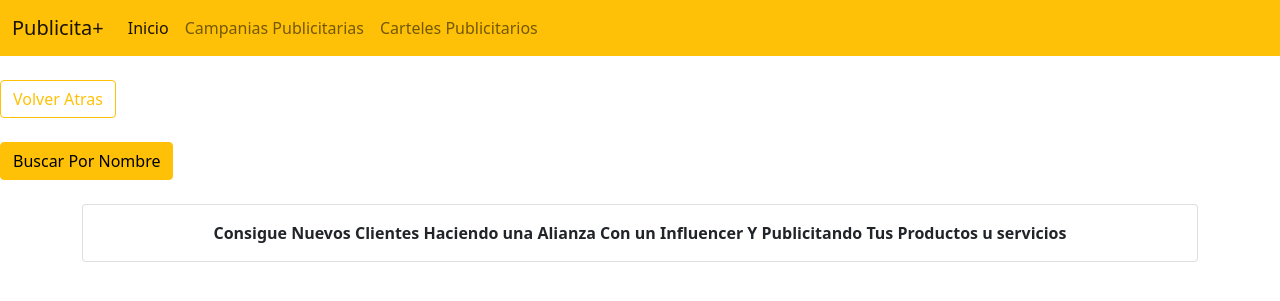
Repository: programador23/PublicitaMasWebVersionFinal
Page: http://localhost/listapublicidadgeneral
An editor plug-in stored every save of this project. The page is shown before and after the next save, followed by the edit.
The browser window is 1280 px wide. The pictures show the whole page.
The page is this project's Thymeleaf template; nobody is signed in. The template is opened directly, without the code that normally fills it, so the values that code supplies are empty.

Above is the page before, as saved 2021-07-08 01:16:56.

After the next save:
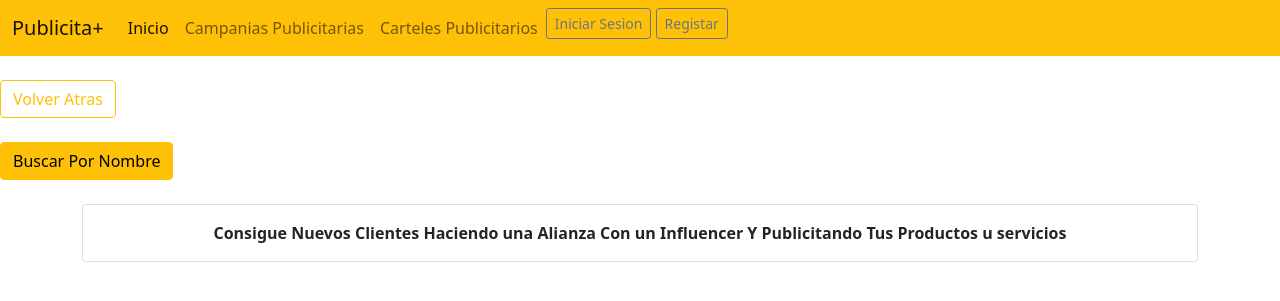
Saved 55 s later.
--- a/PublicitaMasWeb-master/src/main/resources/templates/listapublicidadgeneral.html
+++ b/PublicitaMasWeb-master/src/main/resources/templates/listapublicidadgeneral.html
@@ -12,27 +12,7 @@
 <script src="https://cdn.jsdelivr.net/npm/bootstrap@5.0.2/dist/js/bootstrap.bundle.min.js" integrity="sha384-MrcW6ZMFYlzcLA8Nl+NtUVF0sA7MsXsP1UyJoMp4YLEuNSfAP+JcXn/tWtIaxVXM" crossorigin="anonymous"></script>
 
 </head>
-<header>
-	<nav class="navbar navbar-expand-lg navbar-light bg-warning">
-		<div class="container-fluid">
-			<a class="navbar-brand" href="#">Publicita+</a>
-			<button class="navbar-toggler" type="button" data-bs-toggle="collapse" data-bs-target="#navbarNavAltMarkup"
-				aria-controls="navbarNavAltMarkup" aria-expanded="false" aria-label="Toggle navigation">
-				<span class="navbar-toggler-icon"></span>
-			</button>
-			<div class="collapse navbar-collapse" id="navbarNavAltMarkup">
-				<div class="navbar-nav">
-					<a class="nav-link active" aria-current="page" href="/index">Inicio</a>
-					<a class="nav-link" href="/listarPublicidad">Campanias Publicitarias</a>
-					<a class="nav-link" href="/listacarteles">Carteles Publicitarios</a>
-
-
-
-				</div>
-			</div>
-		</div>
-	</nav>
-</header>
+<header th:replace="NavbarGeneral :: header"></header>
 
 <body>
 <br>
